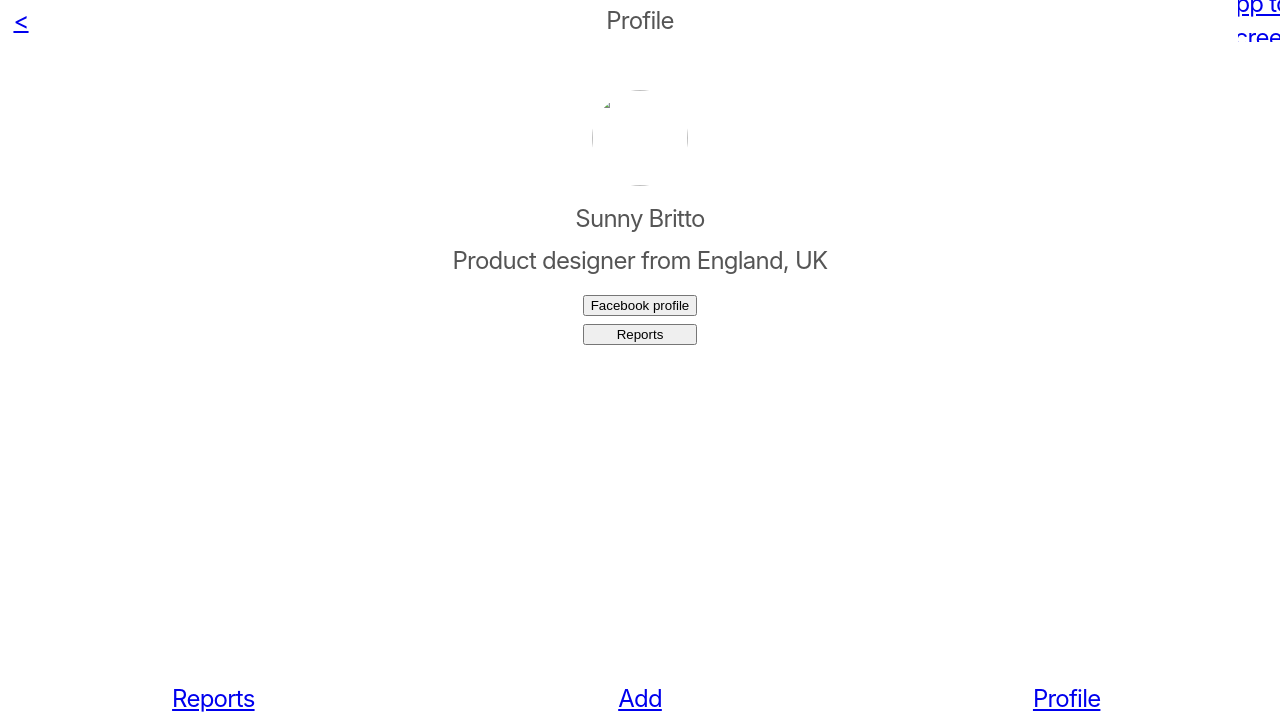
Repository: aleksandrenko/html-css-playground
Page: profile.html
The author's editor kept a copy of each file at every save. The page is drawn from the files as they stood at one save, then again after the next save.
The browser window is 1280 px wide. The pictures show the whole page.

Above is the page before, as saved 2018-01-19 15:53:30.

### profile.html
<!DOCTYPE html>
<html lang="en">
<head>
  <meta charset="UTF-8">
  <link rel="stylesheet" href="./css/shared.css">
  <link rel="stylesheet" href="./css/pages/profile.css">
</head>
<body>

<app>
  <header>
    <left>
      <history-control>
        <a href="#"><</a>
      </history-control>
    </left>
    <middle>
      <page-name>Profile</page-name>
    </middle>
    <right>
      <context-menu>
        <a href="#">About</a>
        <a href="#">Add app to screen</a>
        <a href="#">Terms of use</a>
      </context-menu>
    </right>
  </header>
  <main>
      <profile>
        <picture>
          <img src="#" alt="">
        </picture>
        <name>Sunny Britto</name>
        <information>Product designer from England, UK</information>

        <actions>
          <button>Facebook profile</button>
          <button>Reports</button>
        </actions>
      </profile>
  </main>
  <footer>
    <nav>
      <a href="#">Reports</a>
      <a href="#">Add</a>
      <a href="profile.html">Profile</a>
    </nav>
  </footer>
</app>

</body>
</html>

### css/shared.css
@import "config.css";
@import "reset.css";
@import "global.css";

@import "debug.css";

@import "layout.css";

### css/pages/profile.css
profile {
  position: absolute;
  top: 0;
  bottom: 0;
  left: 0;
  right: 0;

  display: flex;
  flex-direction: column;
  align-items: center;
}

profile picture img {
  width: 96px;
  height: 96px;
  border-radius: 50%;
  margin-top: 3rem;
  display: block;
}

profile name {
  font-size: 1.5rem;
  padding-top: 1rem;
  padding-bottom: 0.5rem;
}

profile actions {
  margin-top: 1rem;
  display: block;
}

profile actions button {
  width: 100%;
  margin-bottom: 0.5rem;
}

### css/config.css
:root {
    --header-height: 42px;
    --footer-height: 42px;

    --min-width: 320px;
    --min-height: 460px;

    --text-global-color: #555;
    --text-global-font: "SF Pro Display", "SF Pro Icons", "Helvetica Neue", "Helvetica", "Roboto", "Arial" ,sans-serif;
}

### css/reset.css
html, body, div, span,
h1, h2, h3, h4, h5, h6, p,
a, abbr, acronym, address, img,
small, strike, strong,
b, u, i, center, ol, ul, li,
fieldset, form, label, footer, header,
menu, nav, section {
    margin: 0;
    padding: 0;
    border: 0;
    font-size: 100%;
    font: inherit;
    vertical-align: baseline;
}
/* HTML5 display-role reset for older browsers */
article, aside, details, figcaption, figure,
footer, header, hgroup, menu, nav, section {
    display: block;
}
body {
    line-height: 1;
}
ol, ul {
    list-style: none;
}

### css/global.css
body {
    min-height: var(--min-height);
    min-width: var(--min-width);

    overflow-x: hidden;
    -webkit-font-smoothing: antialiased;
    text-rendering: optimizeLegibility;

    font-size: 24px;
    line-height: 1.428571429;
    letter-spacing: -.032em;
}

* {
    box-sizing: border-box;
    display: block;
}

app {
    font-family: var(--text-global-font);
    color: var(--text-global-color);
    background: white;
    overflow-x: hidden;
}

### css/debug.css
body * {
  /* border: solid 1px rgba(0,0,0,0.2); */
}

### css/layout.css
app {
  display: flex;
  flex-direction: column;
  position: fixed;
  top: 0;
  bottom: 0;
  left: 0;
  right: 0;
}

/* app header */

app header {
  display: flex;
  height: 42px;
}

app header left {
  width: 42px;
}

app header > * {
  display: flex;
  justify-content: center;
  align-items: center;
  overflow: hidden;
}

app header middle {
  flex: 1;
}

app header middle page-name {
  text-align: center;
  white-space: nowrap;
  max-width: 90%;
  text-overflow: ellipsis;
  overflow: hidden;
}

app header right {
  width: 42px;
}

/* app main */

app main {
  flex: 1;
  position: relative;
  overflow: hidden;
}

/* app footer */

app footer {
  height: 42px;
  position: relative;
}

app footer nav {
  display: flex;
  flex-direction: row;
  height: 100%;
  align-items: center;
}

app footer nav a {
  flex: 1;
  text-align: center;
}

After the next save:
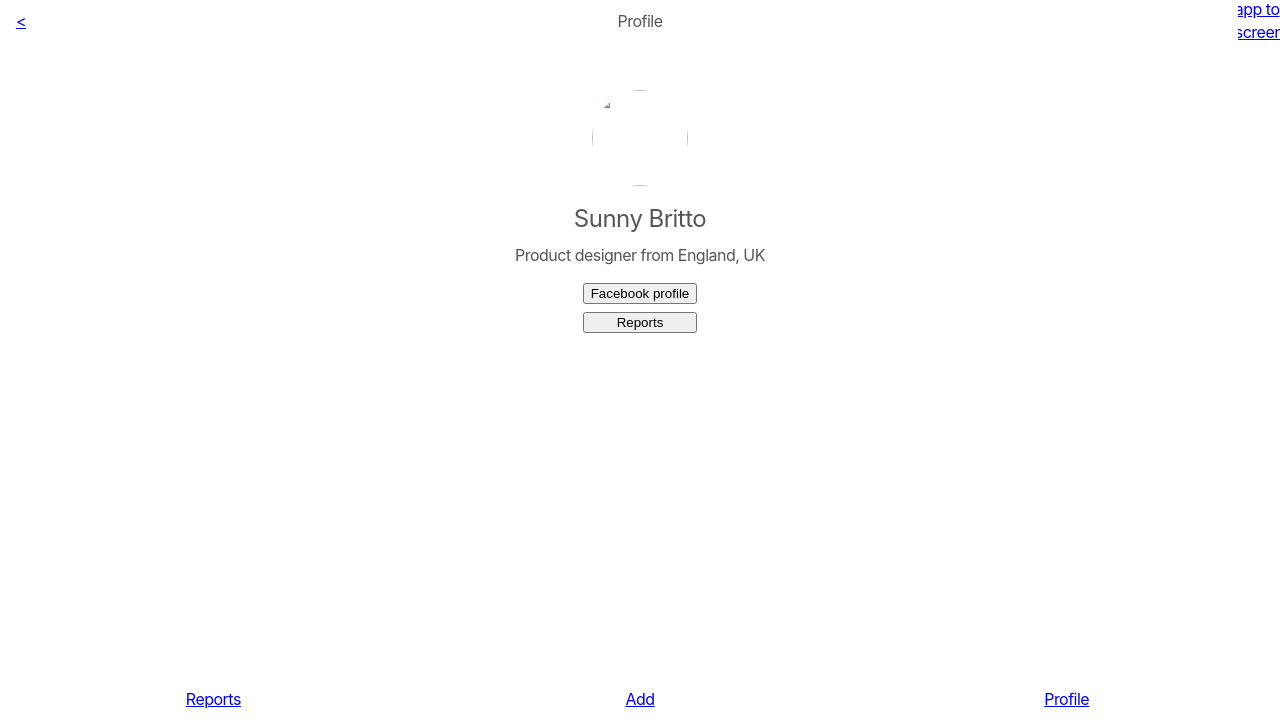
Saved 8 s later.
--- a/css/global.css
+++ b/css/global.css
@@ -5,8 +5,6 @@ body {
     overflow-x: hidden;
     -webkit-font-smoothing: antialiased;
     text-rendering: optimizeLegibility;
-
-    font-size: 24px;
     line-height: 1.428571429;
     letter-spacing: -.032em;
 }
